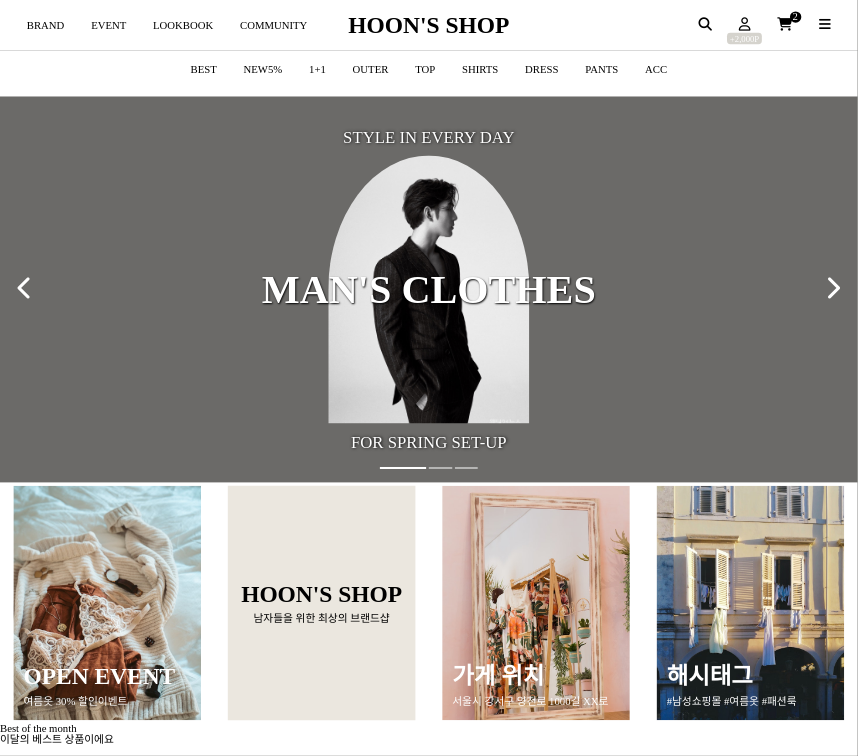
Repository: Iimchaehoon/cafeProject
Page: src/index.html
The author's editor kept a copy of each file at every save. The page is drawn from the files as they stood at one save, then again after the next save.
The browser window is 1280 px wide. The pictures show the whole page, at 67% of full size.
Some web fonts or font styles are not loaded; a fallback is used. Some web libraries are served in a nearby version.

Above is the page before, as saved 2024-07-24 21:50:33.

### src/index.html
<!DOCTYPE html>
<html lang="en">
  <head>
    <meta charset="UTF-8" />
    <meta name="viewport" content="width=device-width, initial-scale=1.0" />
    <link rel="shortcut icon" href="/assets/cafefav.png" type="image/x-icon" />

    <link rel="stylesheet" href="/src/css/pages/main.css" />
    <title>cafe24_clone</title>
    <script
      src="https://kit.fontawesome.com/1e606f2a97.js"
      crossorigin="anonymous"
    ></script>
  </head>
  <body>
    <!--header-->
    <header class="header">
      <div class="header__top">
        <nav class="header__nav-box">
          <ul class="header__list-box">
            <li class="header__content">BRAND</li>
            <li class="header__content">EVENT</li>
            <li class="header__content">LOOKBOOK</li>
            <li class="header__content">COMMUNITY</li>
          </ul>
        </nav>
        <h1 class="header__title">HOON'S SHOP</h1>
        <ul class="header__menu">
          <li class="header__content">
            <i class="fa-solid fa-magnifying-glass fa-lg"></i>
          </li>
          <li class="header__content header__content--badge-price">
            <div class="header__price-badge"><span>+2,000P</span></div>
            <i class="fa-regular fa-user fa-lg"></i>
          </li>
          <li class="header__content header__content--badge-box">
            <div class="header__cart-badge"><span>2</span></div>
            <i class="fa-solid fa-cart-shopping fa-lg"></i>
          </li>
          <li class="header__content">
            <i class="fa-solid fa-bars fa-lg"></i>
          </li>
        </ul>
      </div>

      <div class="header__bottom">
        <ul class="header__category">
          <li class="header__content">BEST</li>
          <li class="header__content">NEW5%</li>
          <li class="header__content">1+1</li>
          <li class="header__content">OUTER</li>
          <li class="header__content">TOP</li>
          <li class="header__content">SHIRTS</li>
          <li class="header__content">DRESS</li>
          <li class="header__content">PANTS</li>
          <li class="header__content">ACC</li>
        </ul>
      </div>
    </header>
    <!-- main  -->
    <main class="main">
      <section class="main__slider">
        <h2 class="main__slider-title">MAN'S CLOTHES</h2>
        <span class="main__slider-btn"
          ><i class="fa-solid fa-chevron-left fa-xl"></i
        ></span>

        <div class="main__slider-container">
          <span class="main__slider-text">STYLE IN EVERY DAY</span>
          <div class="main__slider-image-container">
            <img
              class="main__slider-image"
              src="/assets/main-slider.jpg"
              alt="main-slider_img"
            />
          </div>
          <span class="main__slider-text">FOR SPRING SET-UP</span>
        </div>

        <span class="main__slider-btn"
          ><i class="fa-solid fa-chevron-right fa-xl"></i
        ></span>
        <div class="main__progress-bar">
          <div
            class="main__progress-bar-item main__progress-bar-item--visible"
          ></div>
          <div
            class="main__progress-bar-item main__progress-bar-item--invisible"
          ></div>
          <div
            class="main__progress-bar-item main__progress-bar-item--invisible"
          ></div>
        </div>
      </section>
    </main>
    <!-- section -->
    <section class="main__introduction">
      <div class="main__intro-container-img">
        <img class="main__intro-image" src="/assets/intro-01.jpg" alt="" />
        <div class="main__intro-text-container">
          <h2 class="main__intro-title">OPEN EVENT</h2>
          <span class="main__intro-description">여름옷 30% 할인이벤트</span>
        </div>
      </div>
      <div class="main__intro-container">
        <h2 class="main__intro-title main__intro-title-black">HOON'S SHOP</h2>
        <span class="main__intro-description main__intro-description-black"
          >남자들을 위한 최상의 브랜드샵</span
        >
      </div>
      <div class="main__intro-container-img">
        <img class="main__intro-image" src="/assets/intro-02.jpg" alt="" />

        <div class="main__intro-text-container">
          <h2 class="main__intro-title">가게 위치</h2>
          <span class="main__intro-description"
            >서울시 강서구 양천로 1000길 XX로</span
          >
        </div>
      </div>
      <div class="main__intro-container-img">
        <img class="main__intro-image" src="/assets/intro-03.jpg" alt="" />

        <div class="main__intro-text-container">
          <h2 class="main__intro-title">해시태그</h2>
          <span class="main__intro-description"
            >#남성쇼핑몰 #여름옷 #패션룩</span
          >
        </div>
      </div>
    </section>
    <!-- section2 -->
    <section class="main__month-best">
      <h3 class="main__best-title">Best of the month</h3>
      <span class="main__best-sub-title">이달의 베스트 상품이에요</span>
      <div class="main__best-sub-container">
        <article class="main__best-article">
          <div class="main__article-img-container">
            <img class="main__article-img" src="" alt="" />
          </div>
        </article>
        <article class="main__best-article"></article>
        <article class="main__best-article"></article>
        <article class="main__best-article"></article>
      </div>
    </section>
  </body>
</html>

### src/css/pages/main.css
@import "../reset.css";
@import "../common.css";
@import "../components/header.css";
@import "../slider.css";
@import "../intro.css";

### src/css/common.css
@import url("https://fonts.googleapis.com/css2?family=Nanum+Gothic&family=Nanum+Myeongjo&display=swap");
body {
  font-family: "Nanum Myeongjo", serif;
  margin: 0;
  padding: 0;
  box-sizing: border-box;
}
ul {
  margin: 0;
}

### src/css/components/header.css
.header {
  height: 20vh;
}
.header__top {
  display: flex;
  justify-content: space-between;
  padding: 20px;
  border-bottom: 1px solid rgba(0, 0, 0, 0.2);
}
.header__nav-box {
  width: 33%;
}
.header__title {
  width: 33%;
  font-size: 35px;
  font-weight: 550;
  text-align: center;
}

.header__list-box {
  display: flex;

  height: 100%;
  align-items: center;
}
.header__menu {
  display: flex;
  align-items: center;
  justify-content: flex-end;

  width: 33%;
}
.header__content {
  margin: 0 20px;
}
/* 아래헤더 */
.header__category {
  display: flex;
  justify-content: center;
  padding: 20px 0;
}
.header__cart-badge {
  background-color: black;
  display: flex;
  justify-content: center;
  align-items: center;
  border-radius: 100%;
  width: 13px;
  height: 13px;
  padding: 2px;
  position: absolute;
  top: -13px;
  right: -13px;
}
.header__content--badge-box {
  position: relative;
}
.header__cart-badge span {
  color: white;
}
.header__content--badge-price {
  position: relative;
}
.header__price-badge {
  background-color: #d5d3cd;
  color: white;
  display: flex;
  justify-content: center;
  align-items: center;
  font-size: 13px;
  border-radius: 5px;
  padding: 2px 4px;
  position: absolute;
  left: 50%;
  transform: translateX(-50%);
  bottom: -20px;
}

### src/css/slider.css
.main__slider {
  display: flex;
  justify-content: space-between;
  align-items: center;
  padding: 30px;
  background-color: #6b6a68;
  position: relative;
  height: 80vh;
  box-sizing: border-box;
}

.main__slider-btn {
  transform: scale(1.5);
  color: white;
}

.main__slider-text {
  color: white;
  font-size: 25px;
  text-shadow: 1px 1px 5px black;
}

.main__slider-container {
  display: flex;
  flex-direction: column;
  align-items: center;
}
.main__slider-image-container {
  width: 300px;
  height: 400px;

  border-top-left-radius: 50%;
  border-top-right-radius: 50%;

  overflow: hidden;
  margin: 15px 0;
}
.main__slider-image {
  width: 100%;
  height: 100%;
  object-fit: cover;
}
.main__slider-title {
  color: white;
  font-weight: 600;
  font-size: 60px;
  text-shadow: 1px 1px 3px black;
  position: absolute;
  top: 50%;
  left: 50%;
  transform: translate(-50%, -50%);
}
.main__progress-bar {
  width: 150px;
  height: 3px;

  position: absolute;
  bottom: 20px;
  left: 50%;
  transform: translateX(-50%);
  display: flex;
}
.main__progress-bar-item {
  height: 100%;
  background-color: white;
  margin: 0 2px;
}
.main__progress-bar-item--visible {
  width: 50%;
}
.main__progress-bar-item--invisible {
  width: 25%;
  opacity: 0.5;
}

### src/css/intro.css
.main__introduction {
  display: flex;
  justify-content: center;
  align-items: center;
  height: 50vh;
}
.main__intro-container-img,
.main__intro-container {
  width: 350px;
  height: 350px;
  overflow: hidden;
  margin: 0 20px;
}
.main__intro-container {
  display: flex;
  flex-direction: column;
  justify-content: center;
  align-items: center;
  background-color: #ebe7df;
}
.main__intro-image {
  width: 100%;
  height: 100%;
  object-fit: cover;
}

.main__intro-container-img {
  position: relative;
}
.main__intro-text-container {
  position: absolute;
  bottom: 20px;
  left: 15px;
}
.main__intro-title {
  color: white;
  font-size: 35px;
  font-weight: 600;
  margin-bottom: 12px;
}
.main__intro-description {
  color: white;
}
.main__intro-title-black {
  color: black;
}
.main__intro-description-black {
  color: black;
}

Loaded but not shown: src/css/reset.css (common file)

After the next save:
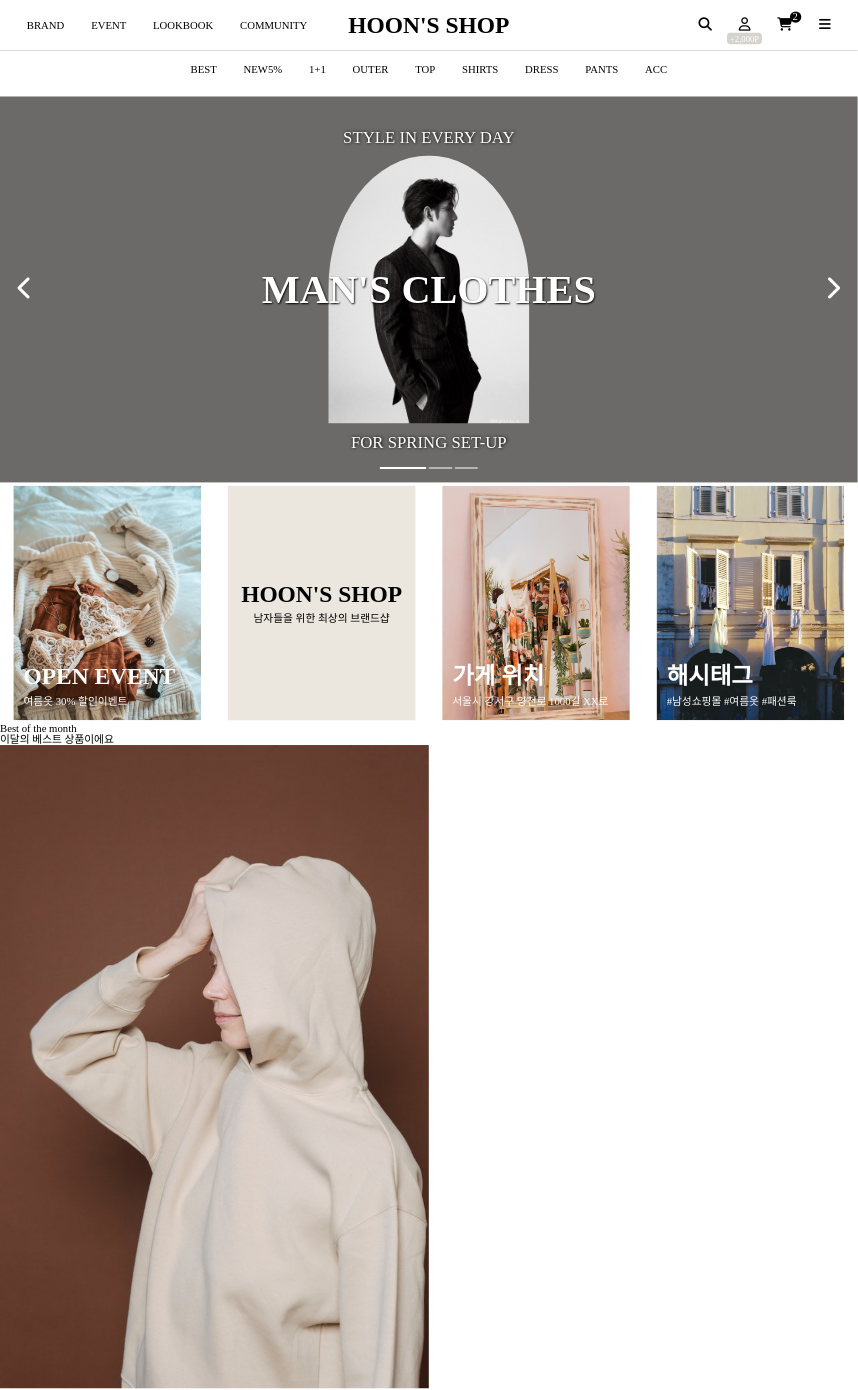
Saved 2 min 2 s later.
--- a/src/index.html
+++ b/src/index.html
@@ -136,7 +136,7 @@
       <div class="main__best-sub-container">
         <article class="main__best-article">
           <div class="main__article-img-container">
-            <img class="main__article-img" src="" alt="" />
+            <img class="main__article-img" src="/assets/best-01.jpg" />
           </div>
         </article>
         <article class="main__best-article"></article>
